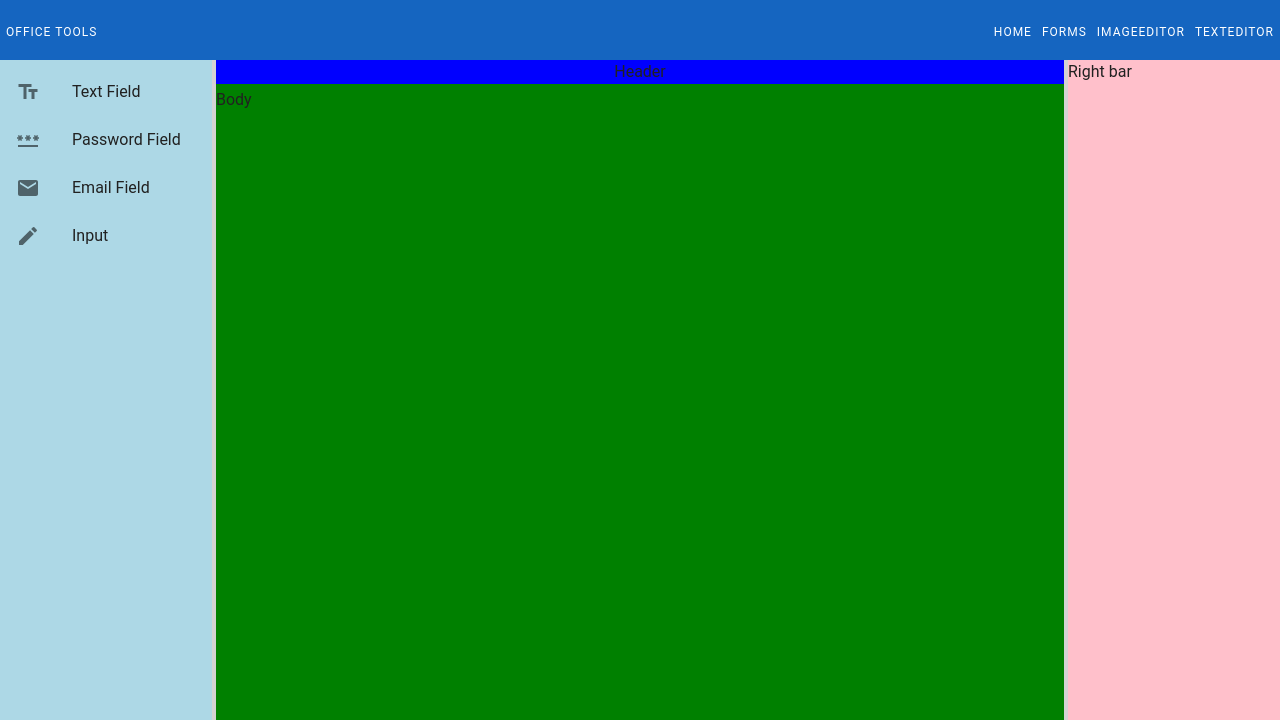
Repository: Vijay-Singh1/office-tools
Page: /form-builder/Create-Form
These files come from the project's save history. The page is drawn as it stood at one moment and after the next save; the edit follows.
The browser window is 1280 px wide. The pictures show the whole page.
The project was rebuilt for these pictures with package versions that can differ from the ones it lists, and the page was loaded fresh each time. Also part of the build but not shown: vite.config.ts, src/FormBuilderApp/src/pages/FormBuilderHome.tsx, src/FormBuilderApp/src/pages/OpenForms.tsx, src/App.css, src/components/common/sidebar/Sidebar.tsx, src/ImageEditor/src/pages/ImageEditorHome.tsx, src/ImageEditor/src/pages/CreateImage.tsx, src/DocsEditor/src/pages/DocsEditorHome.tsx and 1 more.

Above is the page before, as saved 2024-09-12 21:35:35.

After the next save:
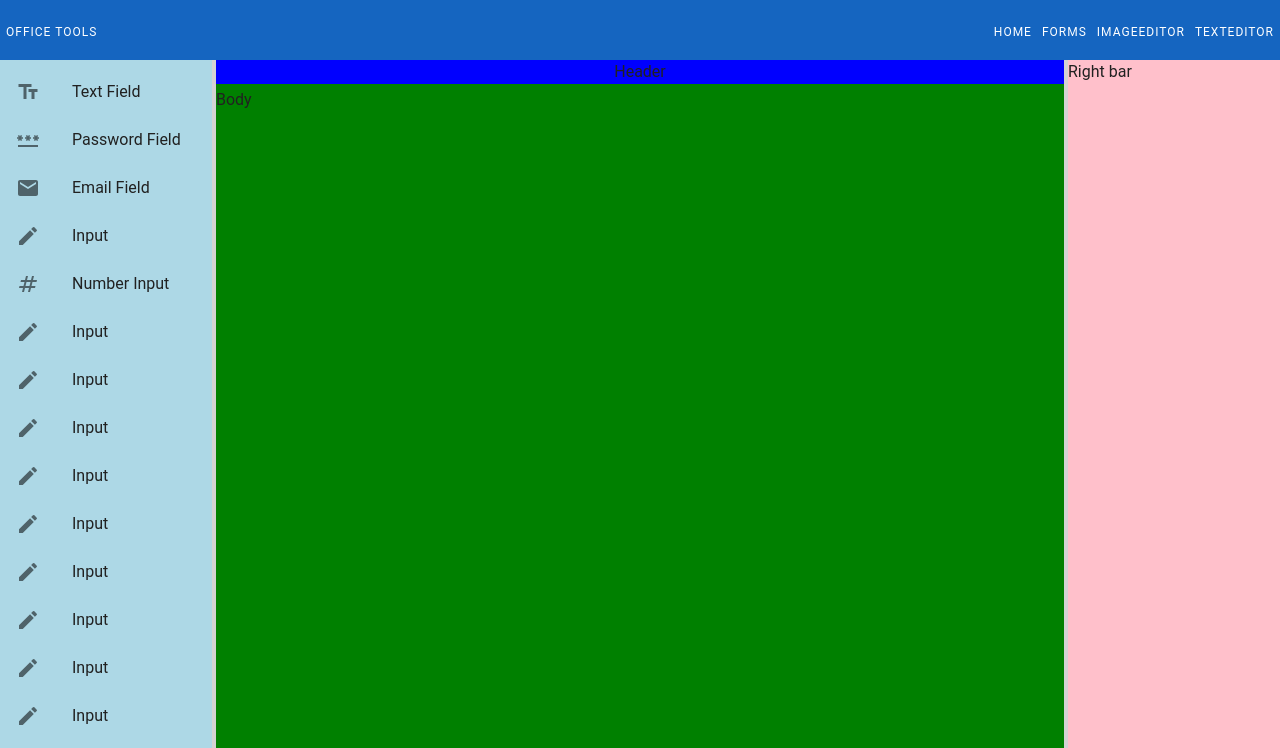
Saved 74 s later.
--- a/src/FormBuilderApp/src/components/sidebar/Sidebar.tsx
+++ b/src/FormBuilderApp/src/components/sidebar/Sidebar.tsx
@@ -9,6 +9,7 @@ import TextFieldsIcon from '@mui/icons-material/TextFields';
 import PasswordIcon from '@mui/icons-material/Password';
 import EmailIcon from '@mui/icons-material/Email';
 import CreateIcon from '@mui/icons-material/Create';
+import NumbersIcon from '@mui/icons-material/Numbers';
 const sideBarItem :SidebarItem[] = [
   {
     text :"Text Field",
@@ -21,6 +22,46 @@ const sideBarItem :SidebarItem[] = [
   {
     text :"Email Field",
     icon :<EmailIcon/>
+  },
+  {
+    text :"Input",
+    icon :<CreateIcon/>
+  },
+  {
+    text :"Number Input",
+    icon :<NumbersIcon/>
+  },
+  {
+    text :"Input",
+    icon :<CreateIcon/>
+  },
+  {
+    text :"Input",
+    icon :<CreateIcon/>
+  },
+  {
+    text :"Input",
+    icon :<CreateIcon/>
+  },
+  {
+    text :"Input",
+    icon :<CreateIcon/>
+  },
+  {
+    text :"Input",
+    icon :<CreateIcon/>
+  },
+  {
+    text :"Input",
+    icon :<CreateIcon/>
+  },
+  {
+    text :"Input",
+    icon :<CreateIcon/>
+  },
+  {
+    text :"Input",
+    icon :<CreateIcon/>
   },
   {
     text :"Input",
